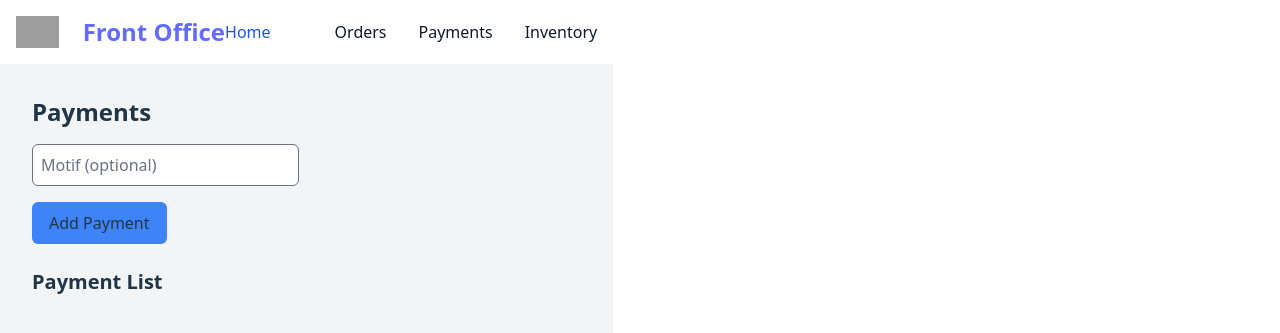
Repository: ib-entreprise/projet-micro-service
Page: /payments (app in front-office/)
An editor plug-in stored every save of this project. The page is shown before and after the next save, followed by the edit.
The browser window is 1280 px wide. The pictures show the whole page.
Pictures or frames that could not be fetched are drawn as grey boxes. The page's requests for data from a server got no answer. Some web libraries are served in a nearby version. The project was rebuilt for these pictures with package versions that can differ from the ones it lists, and the page was loaded fresh each time. No one was signed in, and anything a server would have sent is missing. Also part of the build but not shown: front-office/vite.config.ts, front-office/src/components/Orders.tsx.

Above is the page before, as saved 2025-03-19 16:31:53.

After the next save:
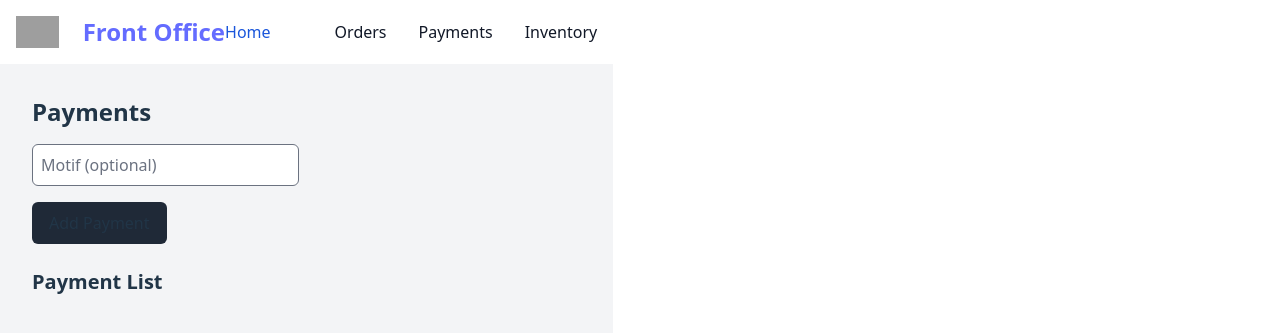
Saved 26 s later.
--- a/front-office/src/components/Payments.tsx
+++ b/front-office/src/components/Payments.tsx
@@ -70,7 +70,7 @@
         </div>
         <button
           type="submit"
-          className="mt-4 px-4 py-2 bg-blue-500 text-black rounded-md hover:bg-blue-600 transition duration-300"
+          className="mt-4 px-4 py-2 bg-gray-800 text-black rounded-md hover:bg-blue-600 transition duration-300"
         >
           Add Payment
         </button>

After the save that followed:
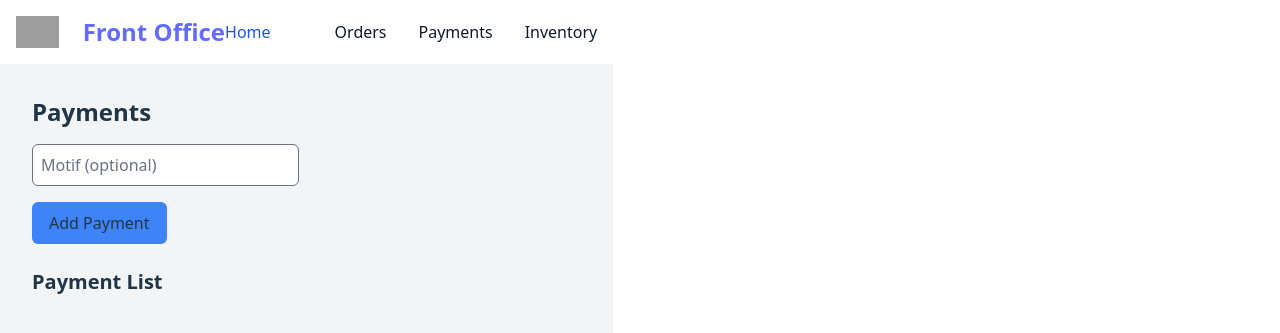
Saved 9 s later.
--- a/front-office/src/components/Payments.tsx
+++ b/front-office/src/components/Payments.tsx
@@ -70,7 +70,7 @@
         </div>
         <button
           type="submit"
-          className="mt-4 px-4 py-2 bg-gray-800 text-black rounded-md hover:bg-blue-600 transition duration-300"
+          className="mt-4 px-4 py-2 bg-blue-500 text-black rounded-md hover:bg-blue-600 transition duration-300"
         >
           Add Payment
         </button>
